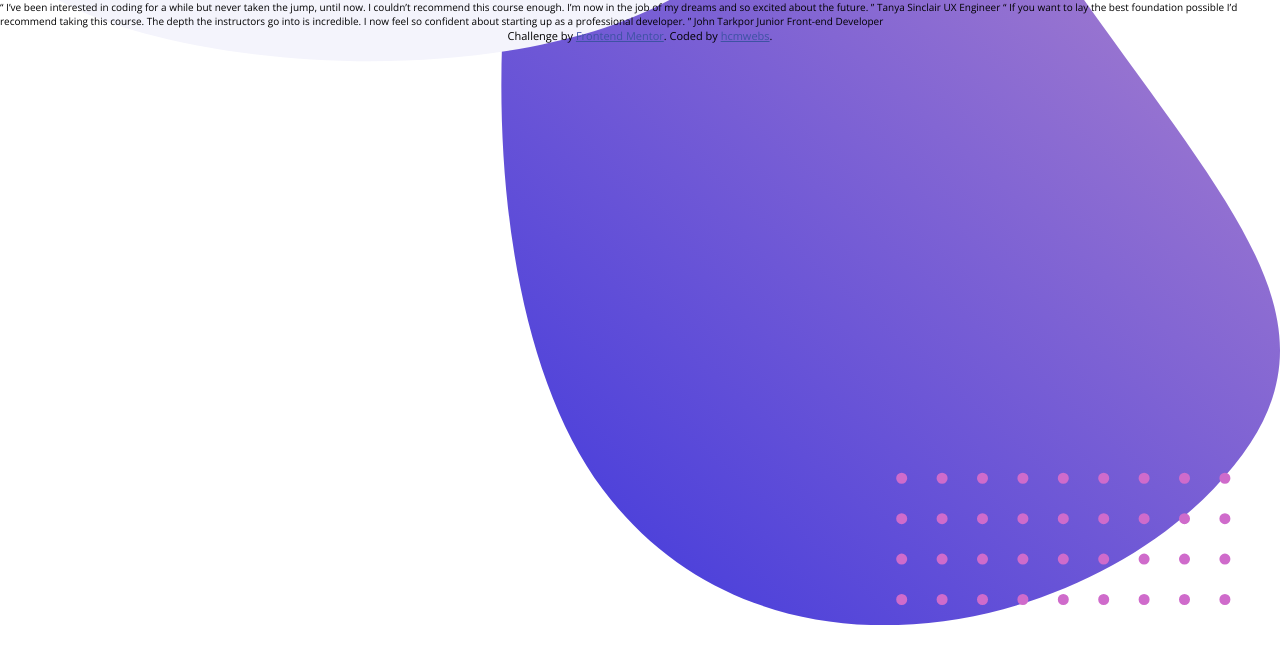
Repository: Hcmwebs/Coding-Bootcamp-Testimonials
Page: index.html
These files come from the project's save history. The page is drawn as it stood at one moment and after the next save; the edit follows.
The browser window is 1280 px wide. The pictures show the whole page.
The style sheet was rebuilt from its Sass, Less or Tailwind sources for each picture, by a compiler version that may differ from the author's.

Above is the page before, as saved 2020-10-29 13:27:38.

### index.html
<!DOCTYPE html>
<html lang="en">
  <head>
    <meta charset="UTF-8" />
    <meta name="viewport" content="width=device-width, initial-scale=1.0" />
    <!-- displays site properly based on user's device -->

    <link
      rel="icon"
      type="image/png"
      sizes="32x32"
      href="./images/favicon-32x32.png"
    />
    <link rel="stylesheet" href="css/main.css" />
    <title>Frontend Mentor | Coding Bootcamp Testimonials Slider</title>

    <!-- Feel free to remove these styles or customise in your own stylesheet 👍 -->
    <style>
      .attribution {
        font-size: 11px;
        text-align: center;
      }
      .attribution a {
        color: hsl(228, 45%, 44%);
      }
    </style>
  </head>
  <body>
    <div class="container">
      <div class="card"></div>
    </div>
    “ I’ve been interested in coding for a while but never taken the jump, until
    now. I couldn’t recommend this course enough. I’m now in the job of my
    dreams and so excited about the future. ” Tanya Sinclair UX Engineer “ If
    you want to lay the best foundation possible I’d recommend taking this
    course. The depth the instructors go into is incredible. I now feel so
    confident about starting up as a professional developer. ” John Tarkpor
    Junior Front-end Developer

    <div class="attribution">
      Challenge by
      <a href="https://www.frontendmentor.io?ref=challenge" target="_blank"
        >Frontend Mentor</a
      >. Coded by <a href="https://github.com/Hcmwebs">hcmwebs</a>.
    </div>
    <script src="main.js"></script>
  </body>
</html>

### scss/main.scss
@use 'variables';
@use 'utilities';

*{
  margin: 0;
  padding: 0;
  box-sizing: border-box;
}
body{
  font-family: 'Open Sans',sans-serif;
  font-size: 10px;
  font-weight: 300;
  background-image: url(/images/pattern-bg.svg);
  background-position: center;
  background-size:cover;
  background-repeat: no-repeat;

}

### scss/_variables.scss
 @import url('https://fonts.googleapis.com/css2?family=Open+Sans:wght@400;600&display=swap');

 $primaryColor : rgba(32,32,17, 1.0);

Loaded but not shown: main.js (no stored copy; drawn as an empty file); scss/_utilities.scss (no stored copy; drawn as an empty file)

After the next save:
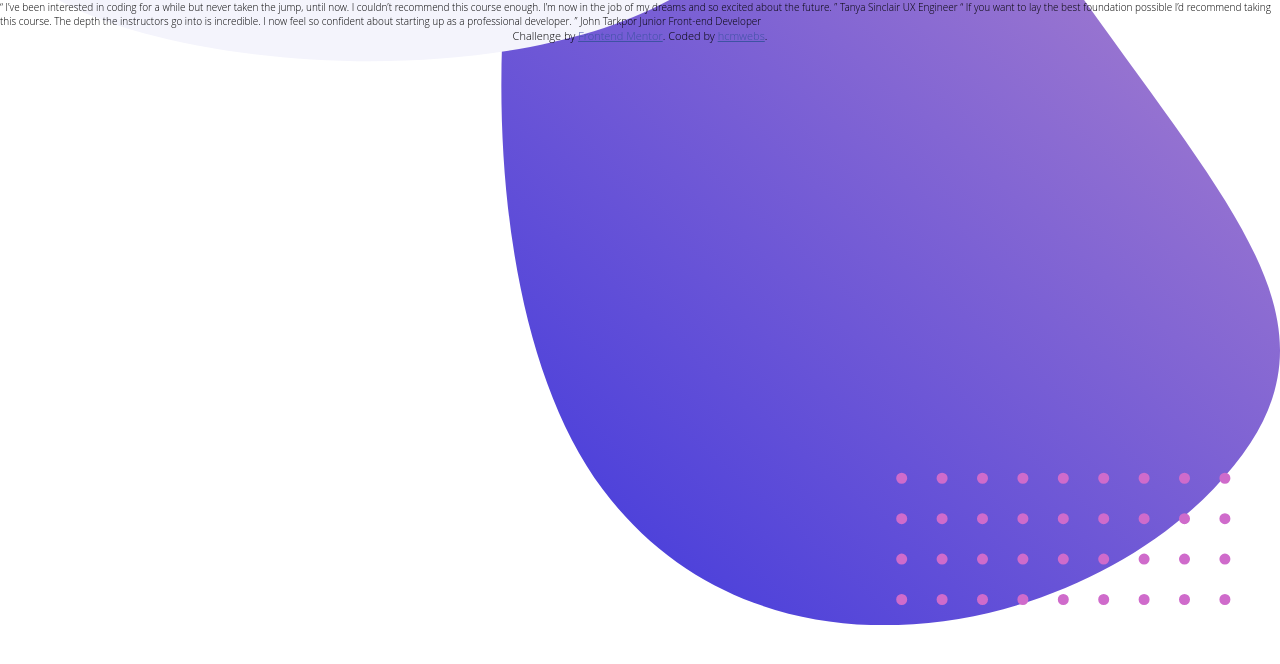
Saved 4 min 45 s later.
--- a/scss/_variables.scss
+++ b/scss/_variables.scss
@@ -1,3 +1,3 @@
- @import url('https://fonts.googleapis.com/css2?family=Open+Sans:wght@400;600&display=swap');
+@import url('https://fonts.googleapis.com/css2?family=Inter:wght@300;400&display=swap');
 
  $primaryColor : rgba(32,32,17, 1.0);
